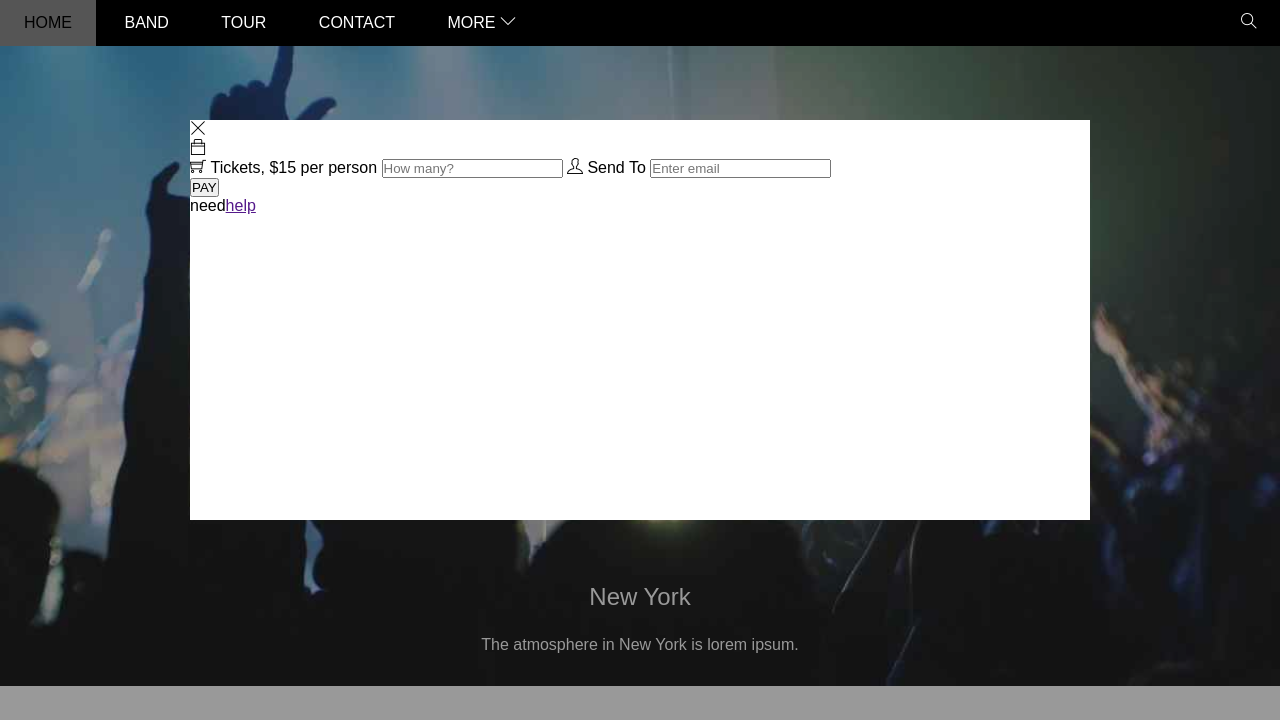
Repository: tung1233hhhhhhhhhhhhh/Website
Page: w3_band/index.html
An editor plug-in stored every save of this project. The page is shown before and after the next save, followed by the edit.
The browser window is 1280 px wide. The pictures show the window.
A layer covers the whole window, so only the first screen is drawn.

Above is the page before, as saved 2023-02-18 21:15:14.

After the next save:
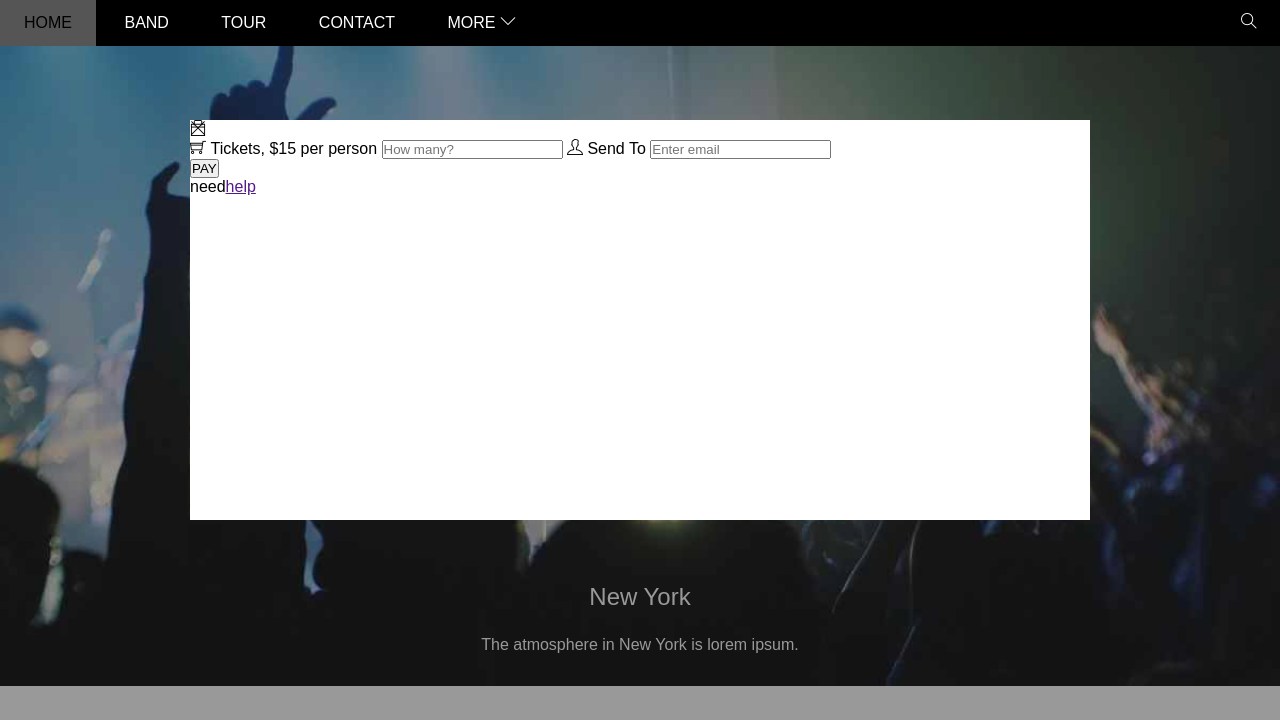
Saved 33 s later.
--- a/w3_band/assets/css/style.css
+++ b/w3_band/assets/css/style.css
@@ -392,3 +392,7 @@
     transform: translateY(30%);
     position: relative;
 }
+
+.modal .modal-container .modal-close {
+    position: absolute;
+}
